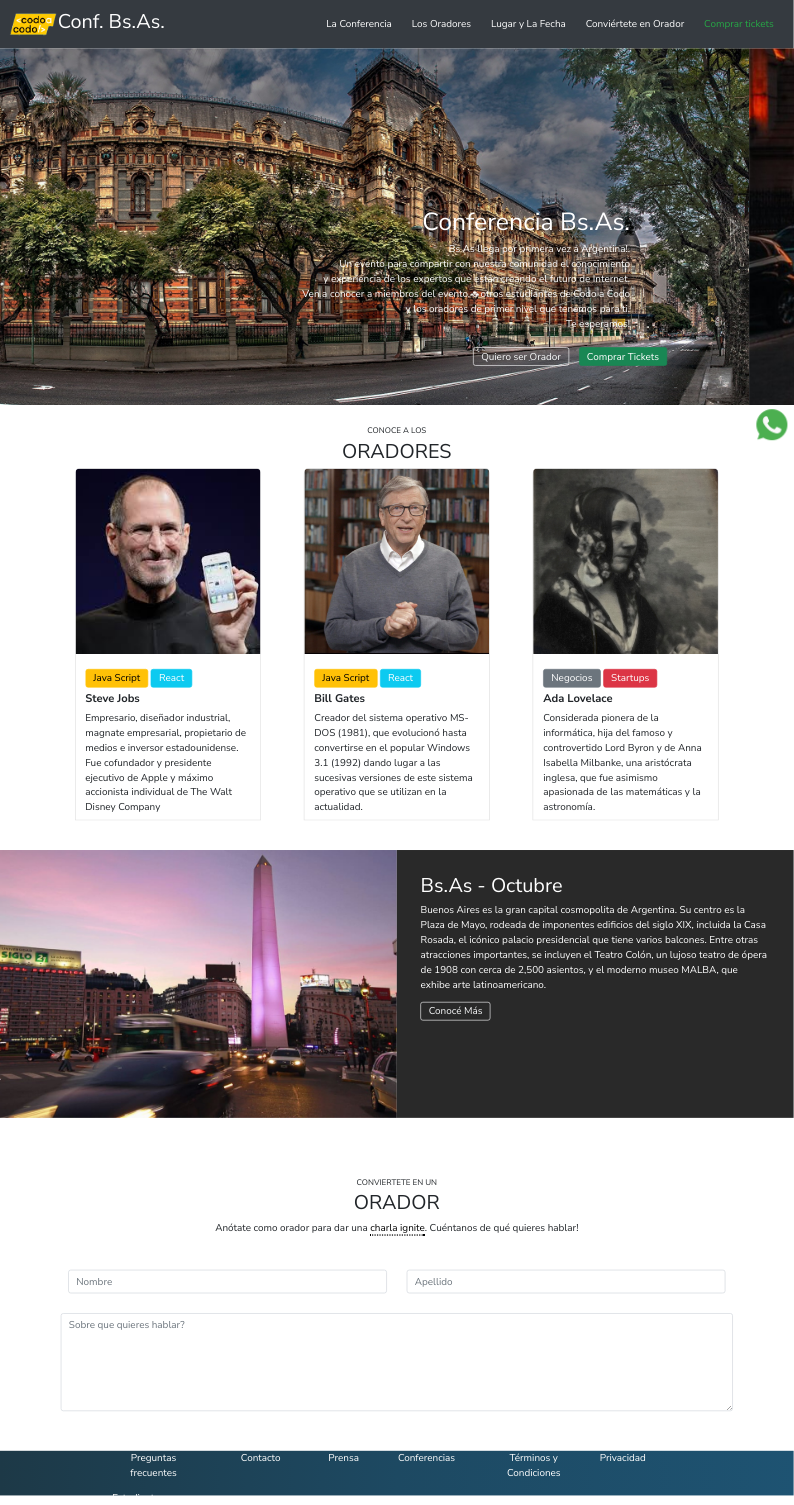
Repository: Melire/trabajo-final-BS
Page: index.html
The author's editor kept a copy of each file at every save. The page is drawn from the files as they stood at one save, then again after the next save.
The browser window is 1280 px wide. The pictures show the whole page, at 62% of full size.

Above is the page before, as saved 2023-05-11 10:05:28.

After the next save:
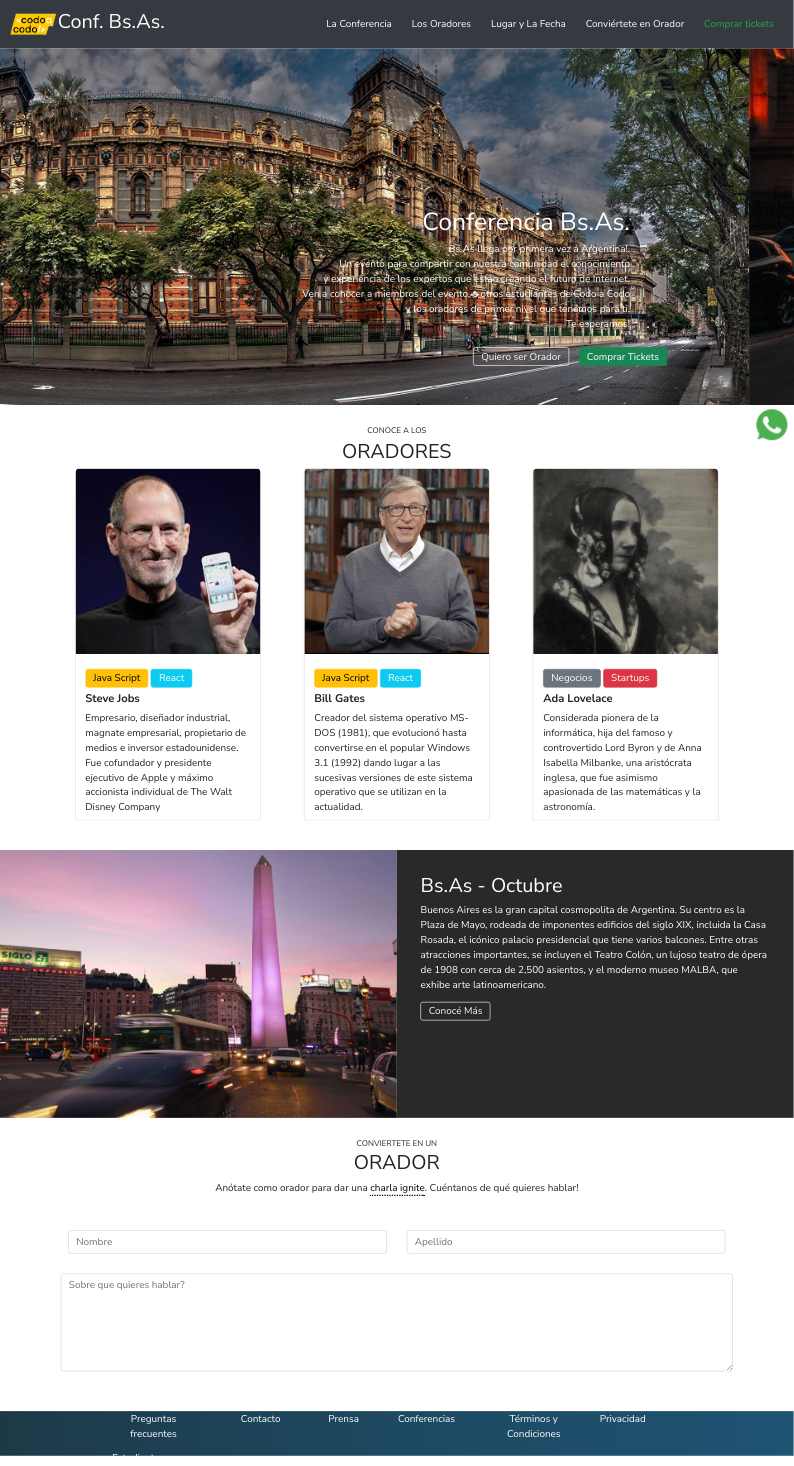
Saved 6 s later.
--- a/css/estilos3.css
+++ b/css/estilos3.css
@@ -176,7 +176,7 @@
 .formularioOrador {
     text-align: center;
     align-items: center;
-    margin-top: 5rem;
+    margin-top: 1rem;
 }
 
 .formularioTicket {
